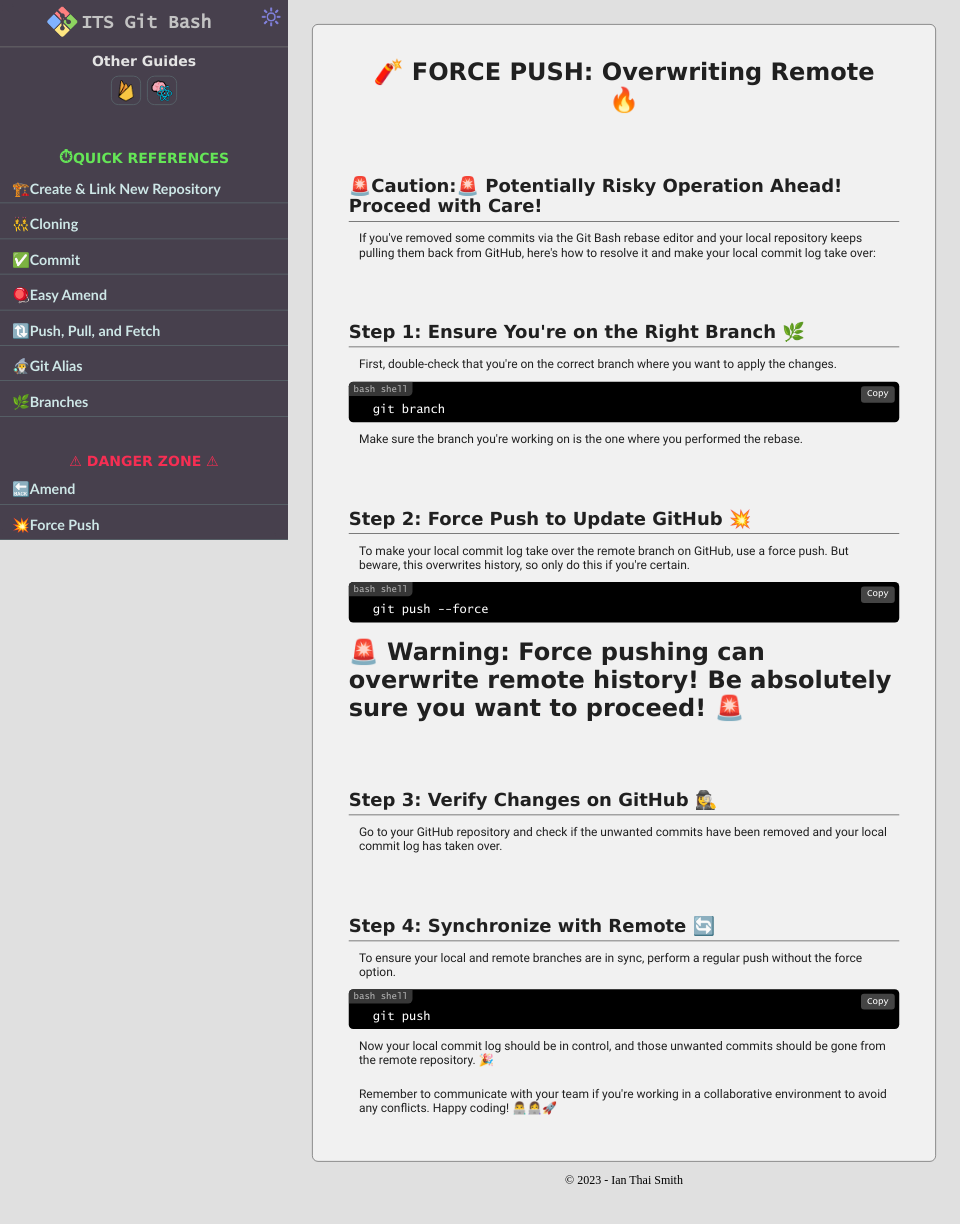
Repository: whyDoILoveThis/project__ITS_Git_Bash
Page: html/💥force-push.html
An editor plug-in stored every save of this project. The page is shown before and after the next save, followed by the edit.
The browser window is 1280 px wide. The pictures show the whole page, at 75% of full size.

Above is the page before, as saved 2025-07-06 07:12:04.

### html/💥force-push.html
<!DOCTYPE html>
<html lang="en">
  <head>
    <meta charset="UTF-8" />
    <meta name="viewport" content="width=device-width, initial-scale=1.0" />
    <link rel="stylesheet" href="/css/normalize.css" />
    <link rel="stylesheet" href="/css/style.css" />
    <title>💥Force Push💥</title>
  </head>
  <body>
    <!--!!!!!-->
    <!--! MAIN-WRAP -->
    <div class="main-wrap">
      <section class="article-wrap">
        <article class="article">
          <h1 class="article__heading">🧨 FORCE PUSH: Overwriting Remote 🔥</h1>

          <h2>
            🚨Caution:🚨 Potentially Risky Operation Ahead! Proceed with Care!
          </h2>

          <p>
            If you've removed some commits via the Git Bash rebase editor and
            your local repository keeps pulling them back from GitHub, here's
            how to resolve it and make your local commit log take over:
          </p>

          <h2>Step 1: Ensure You're on the Right Branch 🌿</h2>

          <p>
            First, double-check that you're on the correct branch where you want
            to apply the changes.
          </p>

          <div class="code"><p>git branch</p></div>

          <p>
            Make sure the branch you're working on is the one where you
            performed the rebase.
          </p>

          <h2>Step 2: Force Push to Update GitHub 💥</h2>

          <p>
            To make your local commit log take over the remote branch on GitHub,
            use a force push. But beware, this overwrites history, so only do
            this if you're certain.
          </p>

          <div class="code"><p>git push --force</p></div>

          <h1>
            🚨 Warning: Force pushing can overwrite remote history! Be
            absolutely sure you want to proceed! 🚨
          </h1>

          <h2>Step 3: Verify Changes on GitHub 🕵️‍♀️</h2>

          <p>
            Go to your GitHub repository and check if the unwanted commits have
            been removed and your local commit log has taken over.
          </p>

          <h2>Step 4: Synchronize with Remote 🔄</h2>

          <p>
            To ensure your local and remote branches are in sync, perform a
            regular push without the force option.
          </p>

          <div class="code"><p>git push</p></div>

          <p>
            Now your local commit log should be in control, and those unwanted
            commits should be gone from the remote repository. 🎉
          </p>

          <p>
            Remember to communicate with your team if you're working in a
            collaborative environment to avoid any conflicts. Happy coding!
            👨‍💻👩‍💻🚀
          </p>
        </article>
      </section>
    </div>
    <!--! MAIN-WRAP -->
    <!--! !!!!!!! -->
    <script src="/JS/dynamic-nav.js"></script>
    <script src="/JS/copy-code-btn.js"></script>
  </body>
</html>

### css/style.css


/*TODO: REFACTOR FOR BETTER ORGANIZATION
        AND REMOVING REDUNDANCIES*/

        :root {
            --size--brightness-toggler: 50px;
        }


.gradient {
    width: 100vw;
    height: 100vh;
    background: rgb(52,30,84);
background: linear-gradient(360deg, rgba(52,30,84,1) 0%, rgba(67,41,166,1) 100%);
}

@font-face {
    font-family: LucidaConsole;
    src: url(/fonts/lucon.ttf);

}

@font-face {
    font-family: Roboto;
    src: url(/fonts/Roboto-Regular.ttf);
}

body {
    font-family: 'Lucida Sans', 'Lucida Sans Regular', 'Lucida Grande', 'Lucida Sans Unicode', Geneva, Verdana, sans-serif;
    transition: background-color 0.3s ease-in;
    background-color: rgb(36, 31, 35);

}

body::-webkit-scrollbar-track
{
	-webkit-box-shadow: inset 0 0 6px rgba(0,0,0,0.3);
	border-radius: 10px;
	background-color: rgb(52, 29, 69);
}

body::-webkit-scrollbar
{
    border-radius: 10px;

	width: 5px;
	background-color: rgb(50, 41, 56);
}

body::-webkit-scrollbar-thumb
{
	border-radius: 10px;
	-webkit-box-shadow: inset 0 0 6px rgba(0,0,0,.3);
	background-color: #8181DB;
}



ul {
    list-style-type: none;
    padding: 0;
    padding-bottom: 4rem;
    margin: 0;
}

ul li {
    padding: 1rem 0 0.5rem 1rem;
    border-bottom: 0.5px solid rgb(90, 105, 110);
}

li a {
    text-decoration: none;
    color: rgb(206, 231, 231);
    font-family: 'Trebuchet MS', 'Lucida Sans Unicode', 'Lucida Grande', 'Lucida Sans', Arial, sans-serif;
    font-weight: 600;
    text-decoration-thickness: 0px;
    font-size: 19px;
}

a {
    color: rgb(45, 143, 248);
    text-decoration: none;
}

a:hover {
    font-weight: 600;
    text-decoration: underline;
}

li a:hover {
    text-decoration: underline;
    text-decoration-thickness: 2px;
    text-decoration-color: rgb(110, 203, 103);
}

em {
    font-style: normal;
}

.main-wrap {
    display: flex;
    height: 100%;
    width: 100%;
}

/** NAV */

.nav {
    z-index: 100;
    background: rgba(50, 41, 56, 0.877);
    backdrop-filter: blur(8px);
    -webkit-backdrop-filter: blur(8px);
    display: flex;
    flex-direction: column;
    width: 30%;
    height: 100%;
    position: fixed;
    overflow: auto;
    transition: all 0.37s ease-out;
}

.nav::-webkit-scrollbar-track
{
	-webkit-box-shadow: inset 0 0 6px rgba(0,0,0,0.3);
	border-radius: 10px;
	background-color: rgb(50, 41, 56);
}

.nav::-webkit-scrollbar
{
    border-radius: 10px;

	width: 3px;
	background-color: rgb(50, 41, 56);
}

.nav::-webkit-scrollbar-thumb
{
	border-radius: 10px;
	-webkit-box-shadow: inset 0 0 6px rgba(0,0,0,.3);
	background-color: #8181DB;
}


.logo-wrap {
    height: auto;
    max-height: 40px;
    display: flex;
    align-items: center;
    justify-content: center;
    gap: 0.3rem;
    padding: 0.7rem;
    border-bottom: 1px solid rgb(115, 115, 115);
    padding-right: var(--size--brightness-toggler);

}

.logo__icon {
    width: 8vw;
    max-width: 40px;
    height: 8vw;
    max-height: 40px;
    display: inline;
}

.logo__tag {
    color: rgb(195, 195, 195);
    font-family:  LucidaConsole, Arial, Helvetica, sans-serif;
    white-space: 1px;
    font-size: 24px;
    font-weight: 600;
    margin: 0;
}

.dark-mode-toggler-wrap {
    position: absolute;
    top: 10px;
    right: 10px;

}

.other-guides-wrap {
    margin: 0.5rem;
    display: flex;
    justify-content: center;
    align-self: center;
    gap: 0.5rem;
}

.other-guides-wrap > a > img {
    width: 28px;
}

.other-guides-heading {
    color: rgb(228, 228, 228);
    margin-top: 0;
}

.guide-link {
    border: 1px solid rgb(90, 105, 110);
    border-radius: 10px;
    display: flex;
    justify-content: center;
    padding: 0.3rem;
    transition: background-color 0.4s;
}

.guide-link:hover {
    background-color: rgba(255, 255, 255, 0.117);
}

.quick-ref-heading {
    color: rgb(101, 230, 87);
    text-transform: uppercase;
}

.quick-ref-heading::before {
    content: '⏱';
    font-size: 24px;
}

.article-wrap {
    margin-left: 30%;
    width: calc(70% - 2rem * 2);
    padding: 2rem;
}

.article {
    border: 1px solid rgb(109, 109, 109);
    border-radius:8px;
    display: flex;
    flex-direction: column;
    padding: 3rem;
    padding-top: 2rem;

    background-color: rgb(49, 49, 49);
    color: rgba(255, 255, 255, 0.90);
    transition: background-color 0.4s ease-in, color 0.5s ease-in;

}

.article__heading,
.article h2.h2--large {
    text-align: center;
    font-size: 32px;
    margin: 0.8rem;
    border: 0;
}

.article h2 {
    margin: 4.4rem 0 0rem 0;
    border-bottom: 1px solid #555;
    padding-bottom: 0.3rem;
}


.article > p {
    font-family: Roboto, Arial, Helvetica, sans-serif;
    margin: 0.85rem;
}

.emoji {
    display: inline;
    width: 20px;
}

.emoji--rocket {
    content: url(/img/emoji-rocket.PNG);
}

.code {
    font-family: LucidaConsole, Arial, Helvetica, sans-serif;
    white-space: nowrap;
    background-color: black;
    color: white;
    font-style: normal;
    width: 100%;
    display: flex;
    flex-direction: column;
    border-radius: 6px;
    overflow: auto;
}

.code p::selection,
.code em::selection {
    background: rgba(214, 172, 238, 0.273);
    color: inherit;
}

.code::-webkit-scrollbar {
    width: 12px;
    background-color: #F5F5F5;
    height: 7px;
}
.code::-webkit-scrollbar-thumb {
    border-radius: 1px;
    -webkit-box-shadow: inset 0 0 6px rgba(0,0,0,.3);
    background-color: #555;
}
.code::-webkit-scrollbar-track {
    -webkit-box-shadow: inset 0 0 6px rgba(0,0,0,0.3);
    border-radius: 1px;
    background-color: #F5F5F5;
}


.code::before {
    content: 'bash shell';
    background-color: rgb(55, 55, 55);


    align-self: flex-start;

    color: rgb(184, 184, 184);
    padding: 0.25rem 0.4rem 0.1rem 0.4rem;
    border-radius: 6px 0px 6px 0;
    font-size: 12px;
}

.code--html::before {
    content: 'HTML';
    color: rgb(255, 72, 0);
    letter-spacing: 1px;
}

.code--js::before {
   content: 'javascript';
   color: yellow;
}

.code--json::before {
    content: 'json';
    color: rgb(93, 184, 93);
}

.code--file-struct::before {
    content: '📁';
    font-size: 20px;
}

.code p {
    margin: 0.5rem 0 0.5rem 2rem;
    display: inline-block;
    flex: 0 0 100%;
}

.comnt {
    color: rgb(123, 123, 123);
}

.orng {
    color: orange;
}

.grn {
    color: rgb(60, 162, 60);
}

.blu {
    color: rgb(74, 189, 255);
}

.red {
    color: rgb(246, 46, 83);
}

/** BUTTONS */

.btn-group {
    display: flex;
    gap: 0.5rem;
}

.btn {
    position: relative;
    z-index: 99;
    width: 100%;
    font-family: Roboto, Arial, Helvetica, sans-serif;
    font-size: 24px;
    text-shadow: 0 0 2px rgba(0, 0, 0, 0.577);
    padding: 10px 20px;
    background-color: #27396a;

    color: #6cbbfb;
    cursor: pointer;
    border-radius: 10px;
    border: 1.5px solid rgb(0, 0, 0);
    margin-top: 1rem;
}

.btn--important {
    color: rgb(252, 107, 107);
    background-color: rgb(83, 32, 32);
}

.btn--more-info-box {

    font-family: Roboto, Arial, Helvetica, sans-serif;
    background-color: #eeeeee;
    background-color: #363232;

    color: #202020;
    color: rgba(255, 255, 255, 0.90);
    position: relative;
    top: -1rem;
    padding: 1rem;
    border-radius: 8px;
    text-align: center;
    border: 1.5px solid rgb(0, 115, 225);
    animation: 0.5s ease-in-out;
    transform-origin: top center;
    transition: background-color 0.4s ease-in, color 0.5s ease-in;
}

.btn--more-info-box.hidden {
    display: none;

}

@keyframes bounceDown {
    0% {
        transform: scaleY(0);
        opacity: 0;
    }
    70% {
        transform: scaleY(1.04);
        opacity: 1;
    }
    100% {
        transform: scaleY(1);
        opacity: 1;
    }
}

@keyframes bounceUp {
    0% {
        transform: scaleY(1);
        opacity: 1;
    }

    20% {
        transform: scaleY(1.04);
        opacity: 0.8;
    }

    100% {
        transform: scaleY(0);
        opacity: 0.2;
    }
}

.btn--more-info-box p {
    text-align: left;
}

.btn--more-info-box h2 {
    margin-top: 2.5rem;
}

.btn--more-info-box h3 {
    margin-top: 1.5rem;
    margin-bottom: 0;
}

@media screen and (min-width: 768px) {
    .nav-toggler {
        position: fixed;
        display: none;
        visibility: hidden;
    }
}

@media screen and (max-width: 778px) {
    ul li {
        padding: 0.8rem 0.3rem 0.5rem 0.8rem;
    }

    li a {
        font-size: 17px;
    }

    .nav {
        margin: 0;
        width: 100%;
        height: 60px;
        overflow: hidden;
        border-top-right-radius: 0;
        border-bottom-left-radius: 10px;
        border-bottom-right-radius: 10px;
        box-shadow: 1px 1px 1px 3px rgba(0, 0, 0, 0.179);
    }

    .nav-expanded {
        width: 85%;
        height: 100%;
        overflow-y: auto;
        box-shadow: 1px 1px 0px 700px rgba(0, 0, 0, 0.5);
        border-bottom-left-radius: 0;
    }

    .nav-expanded .nav-toggler {
        position: absolute;
        transform: translateY(60px);
    }

    .logo-wrap {
        place-self: center;
        padding-right: var(--size--brightness-toggler);
        padding-left: var(--size--brightness-toggler);
    }
    .logo__icon {
        height: 40px;
        width: 40px;
    }
    .dark-mode-toggler-wrap {
        position: absolute;
        top: 15px;
        right: 10px;

    }
    .nav-toggler {
       width: 40px;
       position: absolute;
       left: 10px;

       transition: all 0.2s;
    }

    .logo__tag {
        font-size: 22px;
        white-space: nowrap;
    }

    .article-wrap {
        margin: 0;
        width: calc(100% - 0.5rem * 2);
         padding: 0.5rem;
         margin-top: 70px;
     }
     .article {
        padding: 0.5rem;
    }
}

.copyright::before {
    content: '© 2023 - Ian Thai Smith ';
    font-family: 'Times New Roman', Times, serif ;
    display: flex;
    justify-content: center;

}






/*& CODE COPY BUTTON */
/*& CODE COPY BUTTON */
/*& CODE COPY BUTTON */



.copy-btn {
  position: absolute;
  top: 6px;
  right: 6px;
  background: #444;
  color: #fff;
  border: none;
  padding: 4px 8px;
  font-size: 0.75rem;
  cursor: pointer;
  border-radius: 4px;
  transition: background 0.2s ease;
}

.copy-btn:hover {
  background: #666;
}

### JS/dynamic-nav.js
const head = document.getElementsByTagName('head')[0];
const tabIcon = document.createElement("link");
tabIcon.href = "/img/git-bash-icon.png";
tabIcon.rel = "icon";
head.appendChild(tabIcon);

const articleWrap = document.querySelector(".article-wrap");

const copyright = document.createElement("p");
copyright.classList.add("copyright");

articleWrap.appendChild(copyright);

// Select the target element
const container = document.querySelector(".main-wrap");

// Create the main navigation element
const navigation = document.createElement("nav");
navigation.classList.add("nav");

function expandNav(){
    navigation.classList.toggle("nav-expanded")
}

const navToggler = document.createElement("img");
navToggler.src = "/img/icon-nav-toggler.png";
navToggler.classList.add("nav-toggler");
navToggler.addEventListener("click", expandNav);



// Create the logo-wrap div
const logoWrap = document.createElement("div");
logoWrap.classList.add("logo-wrap");

// Create the logo icon
const logoIcon = document.createElement("img");
const homeLink = document.createElement("a");
homeLink.href = "/index.html";
logoIcon.src = "/img/git-bash-icon.png";
logoIcon.alt = "";
logoIcon.classList.add("logo__icon");
homeLink.appendChild(logoIcon);


// Create the logo tag
const logoTag = document.createElement("p");
logoTag.classList.add("logo__tag");
logoTag.innerText = "ITS Git Bash";


const darkModeTogglerWrap = document.createElement("div");
darkModeTogglerWrap.classList.add("dark-mode-toggler-wrap");
const darkModeToggler = document.createElement("img");
darkModeTogglerWrap.appendChild(darkModeToggler);
darkModeToggler.src = "/img/icon-brightness-dim.png";
darkModeToggler.style.width = "25px";
darkModeToggler.classList.add(".dark-mode-toggler");

const article = document.querySelector('.article')


darkModeToggler.addEventListener("click", toggleBrightness);

const otherGuidesWrap = document.createElement("div");
otherGuidesWrap.classList.add("other-guides-wrap");

const otherGuides = document.createElement("h3");
otherGuides.innerText = "Other Guides";
otherGuides.classList.add('other-guides-heading');
otherGuides.style.textAlign = "center";
otherGuides.style.marginBottom = "0";
otherGuides.style.marginTop = "0.5rem";

const linkBash = document.createElement('a');
const imgBash = document.createElement("img");
linkBash.classList.add('guide-link');
imgBash.src = "/img/firebase-icon.png";
linkBash.href = "https://its-firebase.vercel.app";
linkBash.appendChild(imgBash);
otherGuidesWrap.appendChild(linkBash);
// another
const linkReact18 = document.createElement('a');
const imgReact18 = document.createElement("img");
linkReact18.classList.add('guide-link');
imgReact18.src = "/img/learn-react18-icon.png";
linkReact18.href = "https://learn-react18.vercel.app";
linkReact18.appendChild(imgReact18);
otherGuidesWrap.appendChild(linkReact18);




const infoBoxes = document.querySelectorAll('.btn--more-info-box');


// Check if 'bright' is stored in localStorage
const storedBright = localStorage.getItem('bright');

// Initialize 'bright' with the stored value (or default to false if not found)
let bright = storedBright === 'false';


function toggleBrightness() {
    bright = !bright;

    // Store the updated 'bright' value in localStorage
    localStorage.setItem('bright', bright);

 // Update UI and apply styles based on 'bright' state

    if(bright){
    fadeOutAndChange(darkModeToggler, "/img/icon-brightness-bright.png");
    document.body.style.backgroundColor = 'rgb(224, 224, 224)';
    article.style.backgroundColor = 'rgb(241, 241, 241)';
    article.style.color = '#202020';
    copyright.style.color = 'black';
    infoBoxes.forEach(infoBox => {
        infoBox.style.backgroundColor = '#eeeeee';
        infoBox.style.color = '#202020';
    });
    } else {
        fadeOutAndChange(darkModeToggler, "/img/icon-brightness-dim.png");
        document.body.style.backgroundColor = 'rgb(36, 31, 35)';
        article.style.backgroundColor = 'rgb(49, 49, 49)';
        article.style.color = 'rgba(255, 255, 255, 0.90)';
        copyright.style.color = 'white';
        infoBoxes.forEach(infoBox => {
            infoBox.style.backgroundColor = '#363232';
            infoBox.style.color = 'rgba(255, 255, 255, 0.90)';
        });
    }
}

function fadeOutAndChange(element, newImageSrc) {
    element.style.opacity = 0;
    setTimeout(() => {

        element.src = newImageSrc;
        element.style.opacity = 1;
    }, 200); // Adjust the time to match your CSS transition duration
}

// Call toggleBrightness to initialize UI based on stored value
toggleBrightness();


// Append the logo icon and tag to the logo-wrap div
logoWrap.appendChild(navToggler);
logoWrap.appendChild(homeLink);
logoWrap.appendChild(logoTag);



// Create the links list
const linkList = document.createElement("ul");
linkList.classList.add("link__list");


const quickRefs = document.createElement("h3");
quickRefs.innerText = "Quick References";
quickRefs.classList.add('quick-ref-heading');
quickRefs.style.textAlign = "center";
quickRefs.style.marginBottom = "0";
quickRefs.style.marginTop = "3rem";
linkList.appendChild(quickRefs);
/****************LINKS****************** */
/****************LINKS****************** */
// Create a list item for the link
const linkItem1 = document.createElement("li");
linkItem1.classList.add("link");
// Create the link itself
const linkCreateNewRepo = document.createElement("a");
linkCreateNewRepo.href = "/html/create-and-link-new-repo.html";
linkCreateNewRepo.innerText = "🏗️Create & Link New Repository";
// Append the link to the list item
linkItem1.appendChild(linkCreateNewRepo);
// Append the list item to the links list
linkList.appendChild(linkItem1);

// Create a list item for the link
const linkItem2 = document.createElement("li");
linkItem2.classList.add("link");
const linkCloning = document.createElement("a");
linkCloning.href = "/html/cloning.html";
linkCloning.innerText = "👯‍♀️Cloning";
// Append the link to the list item
linkItem2.appendChild(linkCloning);
// Append the list item to the links list
linkList.appendChild(linkItem2);

const linkItem3 = document.createElement("li");
linkItem3.classList.add("link");
const linkCommit = document.createElement("a");
linkCommit.href = "/html/commit.html";
linkCommit.innerText = "✅Commit";
linkItem3.appendChild(linkCommit);
linkList.appendChild(linkItem3);

const linkItem3v1 = document.createElement("li");
linkItem3v1.classList.add("link");
const linkEasyAmend = document.createElement("a");
linkEasyAmend.href = "/html/easy-amend.html";
linkEasyAmend.innerText = "🪀Easy Amend";
linkItem3v1.appendChild(linkEasyAmend);
linkList.appendChild(linkItem3v1);

const linkItem4 = document.createElement("li");
linkItem4.classList.add("link");
const linkPushPullAndFetch = document.createElement("a");
linkPushPullAndFetch.href = "/html/push-pull-and-fetch.html";
linkPushPullAndFetch.innerText = "🔃Push, Pull, and Fetch";
linkItem4.appendChild(linkPushPullAndFetch);
linkList.appendChild(linkItem4);

const linkItem7 = document.createElement("li");
linkItem7.classList.add("link");
const linkGitAlias = document.createElement("a");
linkGitAlias.href = "/html/git-alias.html";
linkGitAlias.innerText = "🧙‍♂️Git Alias";
linkItem7.appendChild(linkGitAlias);
linkList.appendChild(linkItem7);

const linkItem8 = document.createElement("li");
linkItem8.classList.add("link");
const linkBranches = document.createElement("a");
linkBranches.href = "/html/branches.html";
linkBranches.innerText = "🌿Branches";
linkItem8.appendChild(linkBranches);
linkList.appendChild(linkItem8);

const dangerZone = document.createElement("h3");
dangerZone.innerText = "⚠ DANGER ZONE ⚠";
dangerZone.style.textAlign = "center";
dangerZone.classList.add("red");
dangerZone.style.marginBottom = "0";
dangerZone.style.marginTop = "3rem";
linkList.appendChild(dangerZone);

const linkItem5 = document.createElement("li");
linkItem5.classList.add("link");
const linkAmend = document.createElement("a");
linkAmend.href = "/html/amend.html";
linkAmend.innerText = "🔙Amend";
linkItem5.appendChild(linkAmend);
linkList.appendChild(linkItem5);

const linkItem6 = document.createElement("li");
linkItem6.classList.add("link");
const linkForcePush = document.createElement("a");
linkForcePush.href = "/html/💥force-push.html";
linkForcePush.innerText = "💥Force Push";
linkItem6.appendChild(linkForcePush);
linkList.appendChild(linkItem6);





/****************LINKS****************** */
/****************LINKS****************** */


// Append the logo-wrap div and links list to the navigation
navigation.appendChild(logoWrap);
navigation.appendChild(darkModeTogglerWrap);
navigation.appendChild(otherGuides);
navigation.appendChild(otherGuidesWrap);
navigation.appendChild(linkList);

// Append the navigation to the container
container.appendChild(navigation);

### JS/copy-code-btn.js
 document.querySelectorAll(".code").forEach((codeBlock) => {
        // Create copy button
        const btn = document.createElement("button");
        btn.className = "copy-btn";
        btn.textContent = "Copy";

        // Insert button into the code block
        codeBlock.style.position = "relative";
        codeBlock.appendChild(btn);

        // Copy logic
        btn.addEventListener("click", () => {
          const text = codeBlock.querySelector("p").innerText;
          navigator.clipboard.writeText(text).then(() => {
            btn.textContent = "✅ Copied!";
            setTimeout(() => (btn.textContent = "Copy"), 2000);
          });
        });
      });

Loaded but not shown: css/normalize.css (library)

After the next save:
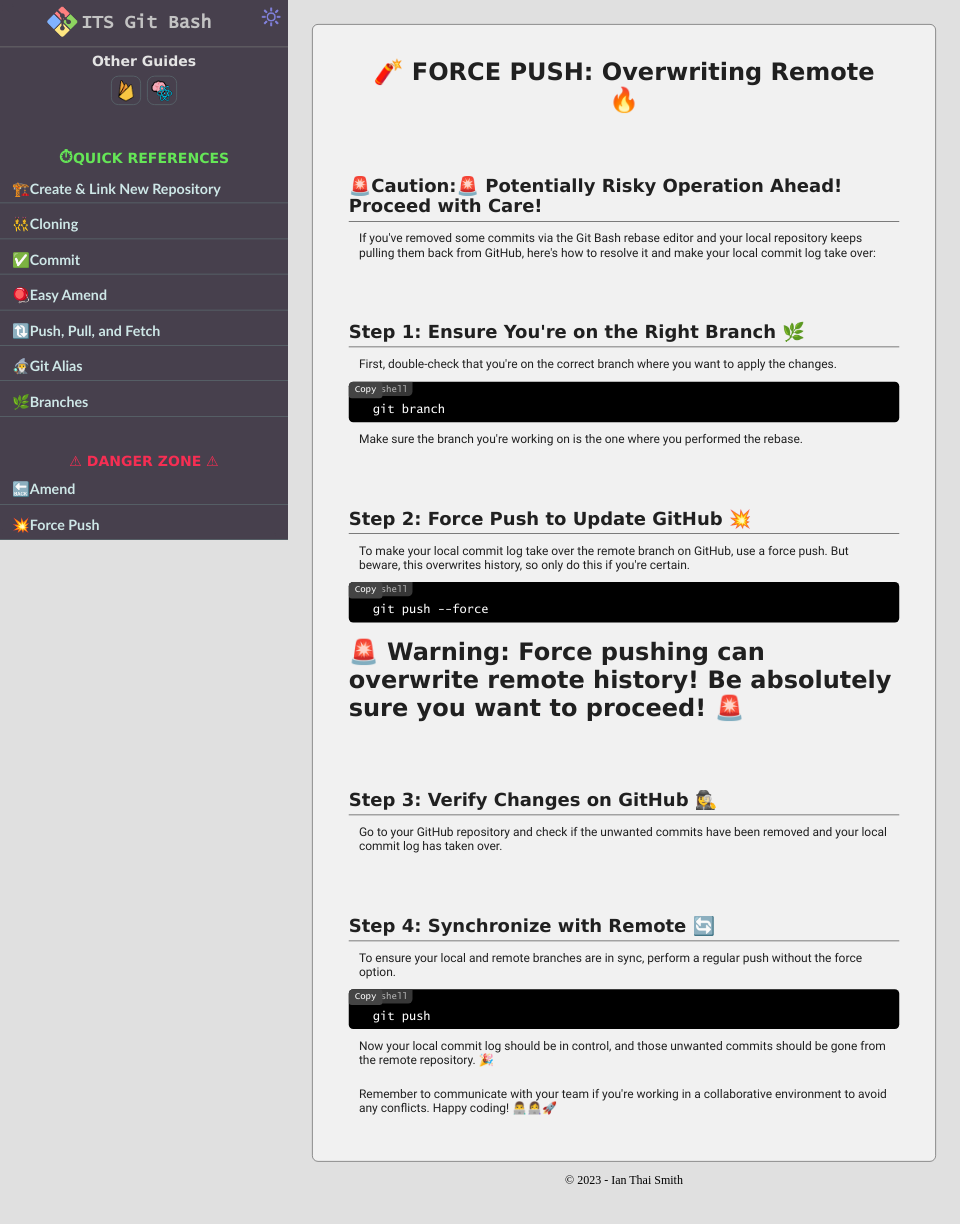
Saved 2 min 15 s later.
--- a/css/style.css
+++ b/css/style.css
@@ -564,8 +564,7 @@ em {
 
 .copy-btn {
   position: absolute;
-  top: 6px;
-  right: 6px;
+
   background: #444;
   color: #fff;
   border: none;
